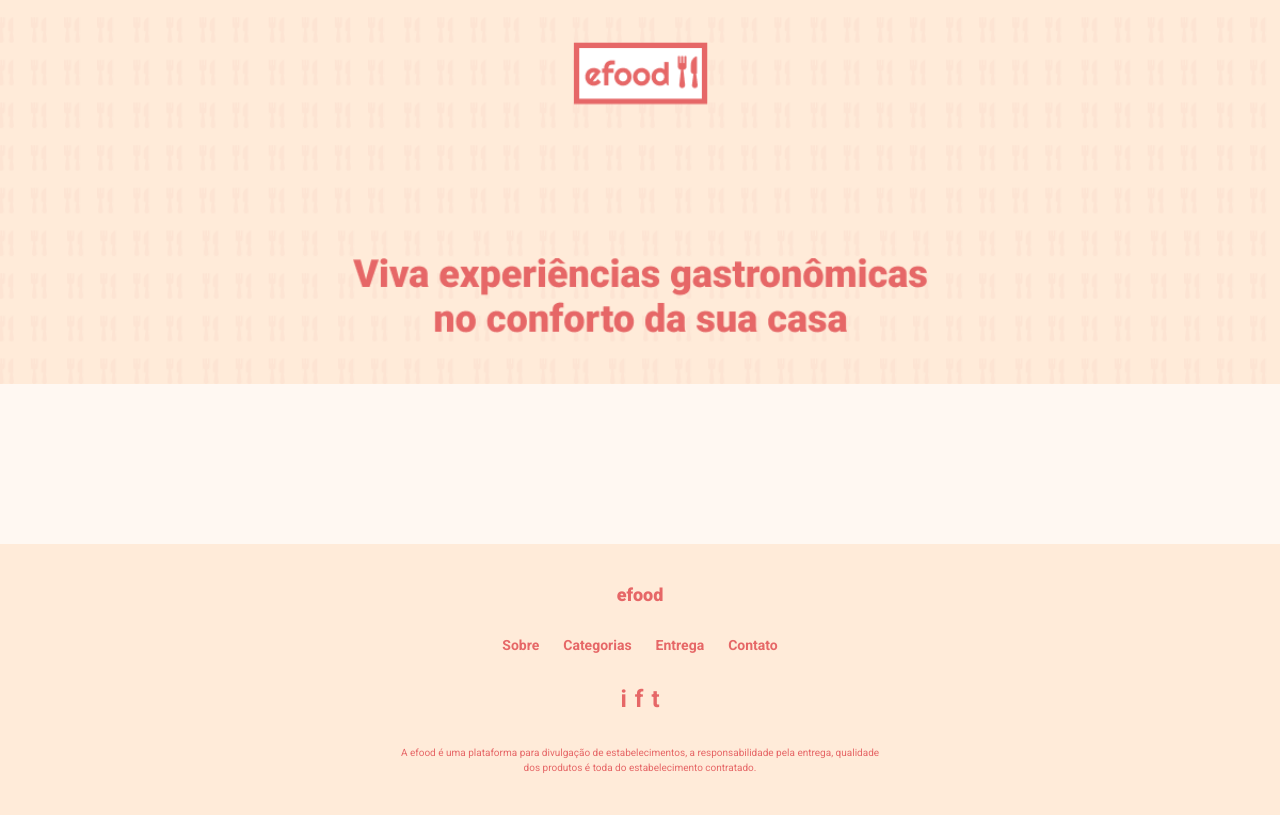
Repository: Biel-barbosa/projeto-final-efood
Page: /
An editor plug-in stored every save of this project. The page is shown before and after the next save, followed by the edit.
The browser window is 1280 px wide. The pictures show the whole page.
The page's requests for data from a server got no answer. The project was rebuilt for these pictures with package versions that can differ from the ones it lists, and the page was loaded fresh each time. No one was signed in, and anything a server would have sent is missing. Also part of the build but not shown: src/components/RestaurantCard/index.tsx, src/components/Header/index.tsx, src/components/ProductModal.tsx, src/pages/Restaurant/index.tsx.

Above is the page before, as saved 2025-06-12 19:20:00.

### index.html
<!DOCTYPE html>
<html lang="pt-BR">
  <head>
    <meta charset="UTF-8" />
    <link rel="icon" type="image/svg+xml" href="/vite.svg" />
    <meta name="viewport" content="width=device-width, initial-scale=1.0" />
    <link rel="preconnect" href="https://fonts.googleapis.com">
    <link rel="preconnect" href="https://fonts.gstatic.com" crossorigin>
    <link href="https://fonts.googleapis.com/css2?family=Roboto:wght@400;700;900&display=swap" rel="stylesheet">
    <title>eFood</title>
  </head>
  <body>
    <div id="root"></div>
    <script type="module" src="/src/main.tsx"></script>
  </body>
</html>

### src/main.tsx
import React from 'react'
import ReactDOM from 'react-dom/client'
import App from './App'

ReactDOM.createRoot(document.getElementById('root') as HTMLElement).render(
  <React.StrictMode>
    <App />
  </React.StrictMode>
)

### src/App.tsx
import React from 'react'
import { BrowserRouter as Router, Routes, Route } from 'react-router-dom'
import { ThemeProvider } from 'styled-components'
import { GlobalStyle, theme } from './styles/global'
import Home from './pages/Home'
import RestaurantDetail from './pages/Restaurant'

function App() {
  return (
    <ThemeProvider theme={theme}>
      <Router>
        <GlobalStyle />
        <Routes>
          <Route path="/" element={<Home />} />
          <Route path="/restaurante/:id" element={<RestaurantDetail />} />
        </Routes>
      </Router>
    </ThemeProvider>
  )
}

export default App

### src/styles/global.ts
import { createGlobalStyle, DefaultTheme } from 'styled-components'

declare module 'styled-components' {
  export interface DefaultTheme {
    colors: {
      primary: string
      secondary: string
      white: string
      black: string
      gray: string
      lightGray: string
      background: string
    }
  }
}

export const theme: DefaultTheme = {
  colors: {
    primary: '#E66767',
    secondary: '#FFEBD9',
    white: '#FFFFFF',
    black: '#000000',
    gray: '#4B4B4B',
    lightGray: '#F5F5F5',
    background: '#FFF8F2'
  }
}

export const GlobalStyle = createGlobalStyle`
  * {
    margin: 0;
    padding: 0;
    box-sizing: border-box;
    font-family: 'Roboto', sans-serif;
  }

  body {
    background-color: ${({ theme }) => theme.colors.background};
  }

  button {
    cursor: pointer;
  }

  a {
    text-decoration: none;
  }
`

export const colors = {
  primary: '#E66767',
  secondary: '#FFEBD9',
  white: '#FFFFFF',
  black: '#000000',
  gray: '#4B4B4B',
  lightGray: '#F5F5F5',
  background: '#FFF8F2'
}

### src/pages/Home/index.tsx
import React, { useEffect, useState } from 'react'
import styled from 'styled-components'
import { colors } from '../../styles/global'
import RestaurantCard from '../../components/RestaurantCard'
import Footer from '../../components/Footer'

const Hero = styled.div`
  background-image: url('/Hero.png');
  background-size: cover;
  background-position: center;
  height: 384px;
  position: relative;
  margin-bottom: 80px;
`

const HomeContainer = styled.div`
  max-width: 1024px;
  margin: 0 auto;
  padding: 0 24px;
`

const RestaurantList = styled.div`
  display: grid;
  grid-template-columns: repeat(2, 1fr);
  gap: 32px;
  margin-bottom: 80px;
`

type Restaurant = {
  id: number
  titulo: string
  tipo: string
  avaliacao: number
  descricao: string
  capa: string
}

const Home: React.FC = () => {
  const [restaurants, setRestaurants] = useState<Restaurant[]>([])
  useEffect(() => {
    fetch('https://fake-api-tau.vercel.app/api/efood/restaurantes')
      .then((res) => res.json())
      .then((data) => setRestaurants(data))
  }, [])

  return (
    <>
      <Hero />
      <HomeContainer>
        <RestaurantList>
          {restaurants.map((restaurant) => (
            <RestaurantCard
              key={restaurant.id}
              image={restaurant.capa}
              title={restaurant.titulo}
              rating={restaurant.avaliacao}
              description={restaurant.descricao}
              infos={[restaurant.tipo]}
              id={restaurant.id}
            />
          ))}
        </RestaurantList>
      </HomeContainer>
      <Footer />
    </>
  )
}

export default Home

### src/components/Footer/index.tsx
import React from 'react'
import styled from 'styled-components'
import { colors } from '../../styles/global'

const FooterContainer = styled.footer`
  background-color: ${colors.secondary};
  padding: 40px 0;
  text-align: center;
`

const FooterContent = styled.div`
  max-width: 1024px;
  margin: 0 auto;
  padding: 0 24px;
`

const FooterLogo = styled.div`
  color: ${colors.primary};
  font-size: 18px;
  font-weight: 900;
  margin-bottom: 32px;
`

const FooterLinks = styled.div`
  display: flex;
  justify-content: center;
  gap: 24px;
  margin-bottom: 32px;
`

const FooterLink = styled.a`
  color: ${colors.primary};
  text-decoration: none;
  font-size: 14px;
  font-weight: bold;
`

const FooterSocial = styled.div`
  display: flex;
  justify-content: center;
  gap: 8px;
  margin-bottom: 32px;
`

const SocialLink = styled.a`
  color: ${colors.primary};
  font-size: 24px;
  text-decoration: none;
  font-weight: bold;
`

const FooterText = styled.p`
  color: ${colors.primary};
  font-size: 10px;
  max-width: 480px;
  margin: 0 auto;
  line-height: 1.5;
`

const Footer = () => {
  return (
    <FooterContainer>
      <FooterContent>
        <FooterLogo>efood</FooterLogo>
        <FooterLinks>
          <FooterLink href="#">Sobre</FooterLink>
          <FooterLink href="#">Categorias</FooterLink>
          <FooterLink href="#">Entrega</FooterLink>
          <FooterLink href="#">Contato</FooterLink>
        </FooterLinks>
        <FooterSocial>
          <SocialLink href="#" aria-label="Instagram">i</SocialLink>
          <SocialLink href="#" aria-label="Facebook">f</SocialLink>
          <SocialLink href="#" aria-label="Twitter">t</SocialLink>
        </FooterSocial>
        <FooterText>
          A efood é uma plataforma para divulgação de estabelecimentos, a responsabilidade pela entrega, qualidade dos produtos é toda do estabelecimento contratado.
        </FooterText>
      </FooterContent>
    </FooterContainer>
  )
}

export default Footer

After the next save:
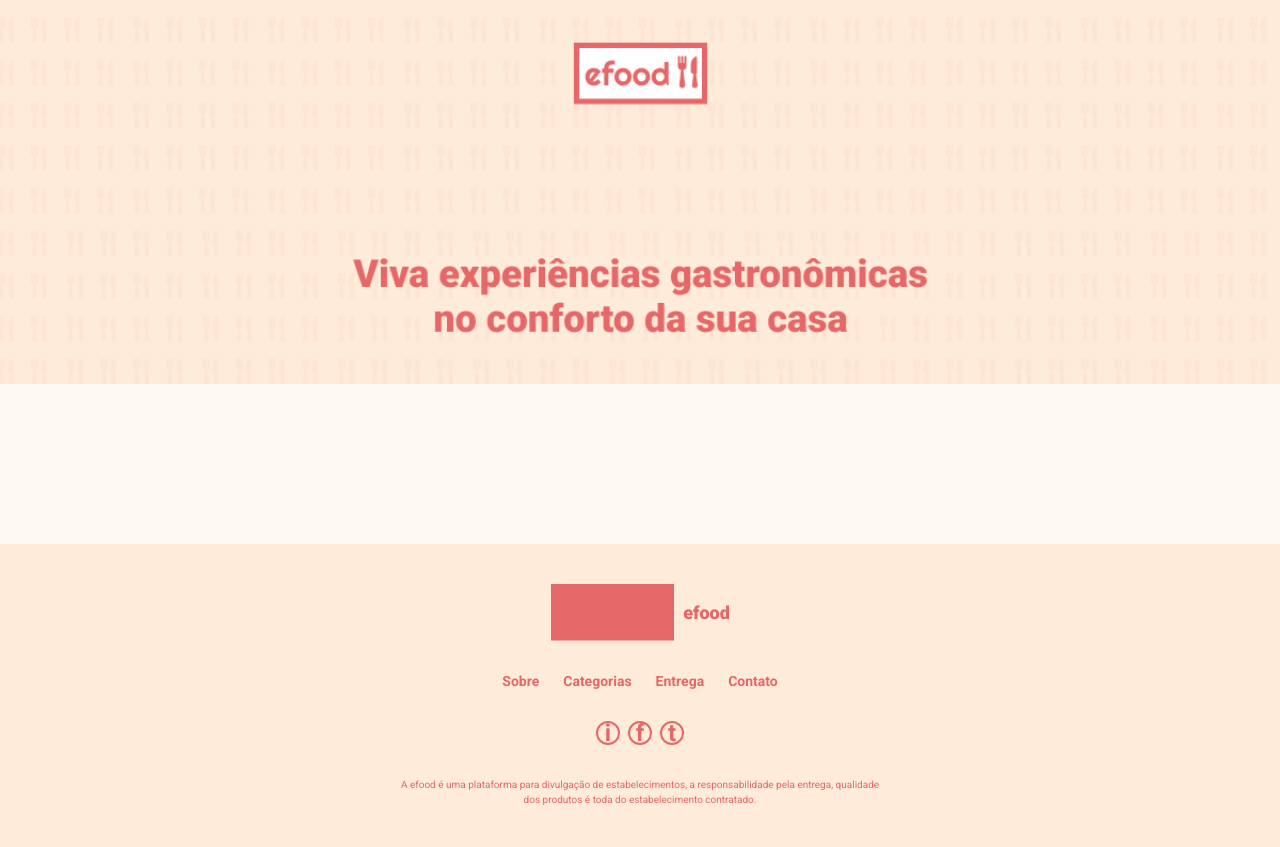
Saved 63 s later.
--- a/src/components/Footer/index.tsx
+++ b/src/components/Footer/index.tsx
@@ -19,6 +19,22 @@
   font-size: 18px;
   font-weight: 900;
   margin-bottom: 32px;
+  display: flex;
+  align-items: center;
+  justify-content: center;
+  gap: 8px;
+
+  &::before {
+    content: '';
+    display: inline-block;
+    width: 125px;
+    height: 57px;
+    background-color: ${colors.primary};
+    mask-image: url('/logo.png');
+    mask-size: contain;
+    mask-repeat: no-repeat;
+    mask-position: center;
+  }
 `
 
 const FooterLinks = styled.div`
@@ -47,6 +63,13 @@
   font-size: 24px;
   text-decoration: none;
   font-weight: bold;
+  width: 24px;
+  height: 24px;
+  display: flex;
+  align-items: center;
+  justify-content: center;
+  border-radius: 50%;
+  border: 2px solid ${colors.primary};
 `
 
 const FooterText = styled.p`
